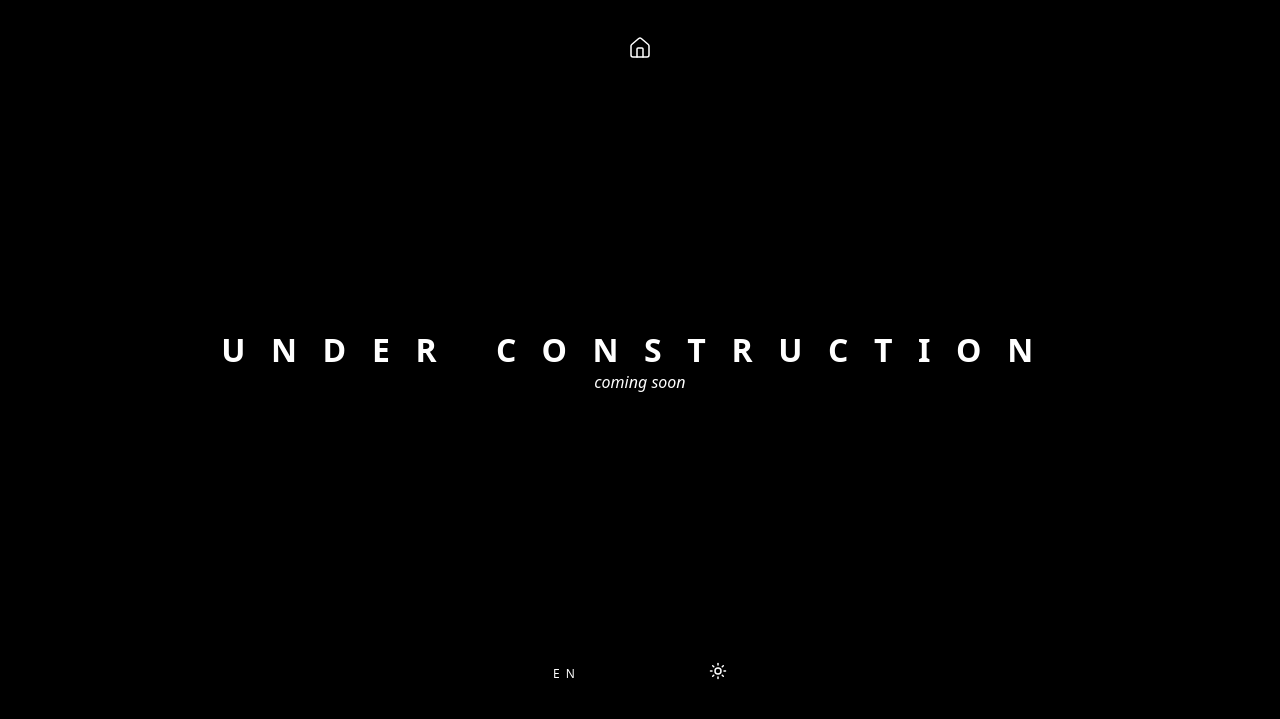
Repository: or1n/monoframe-app
Page: /photography
The author's editor kept a copy of each file at every save. The page is drawn from the files as they stood at one save, then again after the next save.
The browser window is 1280 px wide. The pictures show the whole page.
The project was rebuilt for these pictures with package versions that can differ from the ones it lists, and the page was loaded fresh each time. The framework's server and built-in components were replaced by stand-ins that run in the browser. Also part of the build but not shown: next.config.ts.

Above is the page before, as saved 2025-12-22 19:20:12.

### app/layout.tsx
"use client";
import { AppProvider, useApp } from "@/context/AppContext";
import { Sun, Moon, Home as HomeIcon } from "lucide-react";
import Link from "next/link";
import { usePathname } from "next/navigation";
import "./globals.css";

function PersistentUI({ children }: { children: React.ReactNode }) {
  const { lang, setLang, darkMode, setDarkMode } = useApp();
  const pathname = usePathname();
  const isHome = pathname === "/";

  return (
    <body className="antialiased bg-white dark:bg-black text-black dark:text-white transition-colors duration-700 h-screen overflow-hidden">

      {/* 10% FRAME CONTAINER */}
      <div className="fixed inset-[5%] md:inset-[10%] pointer-events-none flex flex-col items-center justify-between z-[100]">

        {/* TOP: White Home Button */}
        <div className="pointer-events-auto">
          {!isHome && (
            <Link href="/" className="hover:opacity-40 transition-opacity">
              <HomeIcon size={24} strokeWidth={1.5} className="text-black dark:text-white" />
            </Link>
          )}
        </div>

        {/* BOTTOM: Toggles spaced 10% width apart */}
        <div className="pointer-events-auto flex items-center gap-[10vw]">
          <button
            onClick={() => setLang(lang === "en" ? "nl" : "en")}
            className="text-[12px] tracking-[0.5em] font-black uppercase hover:opacity-40 transition-opacity"
          >
            {lang}
          </button>

          <button
            onClick={() => setDarkMode(!darkMode)}
            className="hover:opacity-40 transition-opacity"
          >
            {darkMode ? <Sun size={18} strokeWidth={2} /> : <Moon size={18} strokeWidth={2} />}
          </button>
        </div>
      </div>

      <div className="h-full w-full">{children}</div>
    </body>
  );
}

export default function RootLayout({ children }: { children: React.ReactNode }) {
  return (
    <html lang="en" suppressHydrationWarning>
      <AppProvider>
        <PersistentUI>{children}</PersistentUI>
      </AppProvider>
    </html>
  );
}

### app/photography/page.tsx
"use client";
import { useApp } from "@/context/AppContext";
import { motion } from "framer-motion";

export default function PhotographyPage() {
  const { lang } = useApp();

  return (
    <main className="h-screen w-full flex items-center justify-center">
      <div className="text-center">
        {/* 2x Bigger Headline */}
        <h1 className="text-xl md:text-2xl tracking-[0.8em] uppercase font-black text-black dark:text-white mb-6">
          {lang === "en" ? "under construction" : "in afwachting"}
        </h1>
        {/* Solid White italic text */}
        <p className="text-5xl md:text-7xl font-light tracking-tighter italic lowercase text-black dark:text-white">
          {lang === "en" ? "coming soon" : "komt er binnenkort aan"}
        </p>
      </div>
    </main>
  );
}

### context/AppContext.tsx
"use client";
import { createContext, useContext, useState, useEffect } from "react";

type AppContextType = {
  lang: "en" | "nl";
  setLang: (l: "en" | "nl") => void;
  darkMode: boolean;
  setDarkMode: (d: boolean) => void;
  hasSeenIntro: boolean;
  setHasSeenIntro: (v: boolean) => void;
};

const AppContext = createContext<AppContextType | undefined>(undefined);

export function AppProvider({ children }: { children: React.ReactNode }) {
  const [lang, setLang] = useState<"en" | "nl">("en");
  const [darkMode, setDarkMode] = useState(true);
  const [hasSeenIntro, setHasSeenIntro] = useState(false);

  useEffect(() => {
    document.documentElement.classList.toggle("dark", darkMode);
  }, [darkMode]);

  return (
    <AppContext.Provider value={{ lang, setLang, darkMode, setDarkMode, hasSeenIntro, setHasSeenIntro }}>
      {children}
    </AppContext.Provider>
  );
}

export const useApp = () => {
  const context = useContext(AppContext);
  if (!context) throw new Error("useApp must be used within AppProvider");
  return context;
};

### app/globals.css
@tailwind base;
@tailwind components;
@tailwind utilities;

:root {
  --background: #ffffff;
  --foreground: #000000;
}

.dark {
  --background: #000000;
  --foreground: #ffffff;
}

* {
  box-sizing: border-box;
  padding: 0;
  margin: 0;
  font-family: ui-sans-serif, system-ui, -apple-system, BlinkMacSystemFont, "Segoe UI", Roboto, "Helvetica Neue", Arial, sans-serif !important;
}

body {
  background: var(--background);
  color: var(--foreground);
  overflow: hidden;
  transition: background-color 0.5s ease;
}

/* Kill all browser link styling */
a {
  color: inherit !important;
  text-decoration: none !important;
}

button {
  background: none !important;
  border: none !important;
  outline: none !important;
  cursor: pointer;
  color: inherit;
}

::selection {
  background: rgba(125, 125, 125, 0.3);
}

After the next save:
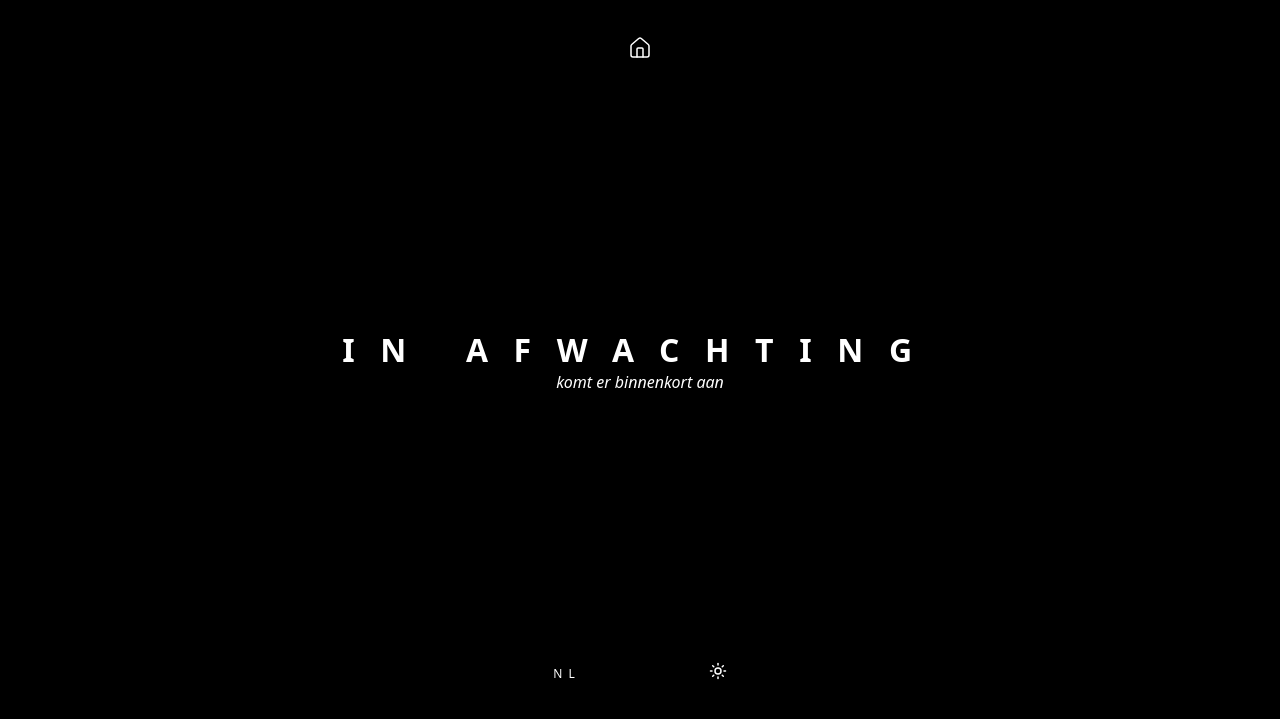
Saved 14 s later.
--- a/context/AppContext.tsx
+++ b/context/AppContext.tsx
@@ -13,7 +13,8 @@
 const AppContext = createContext<AppContextType | undefined>(undefined);
 
 export function AppProvider({ children }: { children: React.ReactNode }) {
-  const [lang, setLang] = useState<"en" | "nl">("en");
+  // Default language set to NL
+  const [lang, setLang] = useState<"en" | "nl">("nl");
   const [darkMode, setDarkMode] = useState(true);
   const [hasSeenIntro, setHasSeenIntro] = useState(false);
 
